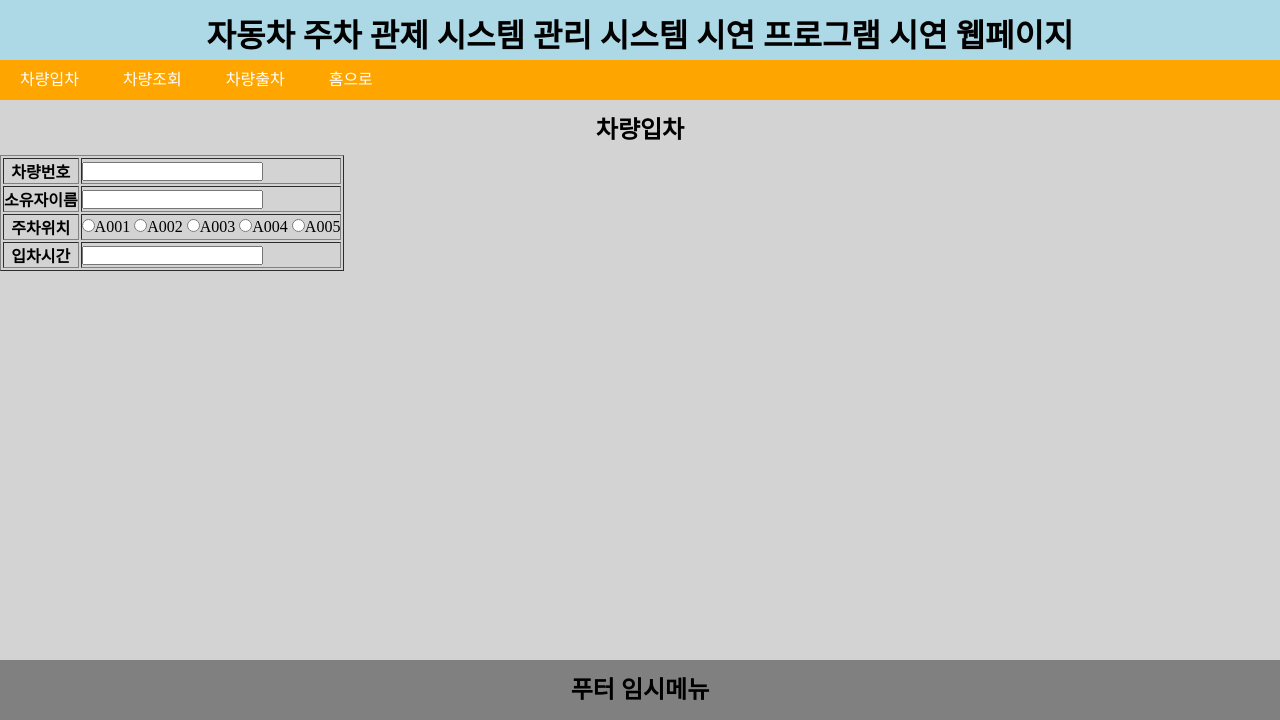
Repository: Ghraminal/mytest
Page: http://localhost/farking/insert.jsp
An editor plug-in stored every save of this project. The page is shown before and after the next save, followed by the edit.
The browser window is 1280 px wide. The pictures show the whole page.
The page is served by Tomcat 9.

Above is the page before, as saved 2025-08-19 00:45:13.

### farking/src/main/webapp/insert.jsp
<%@ page language="java" contentType="text/html; charset=UTF-8"
    pageEncoding="UTF-8"%>
<!DOCTYPE html>
<html>
<head>
<meta charset="UTF-8">
<title>Insert title here</title>
<style>
	*{
		margin: 0;
		padding: 0;
		list-style: none;
		text-decoration: none;
		box-sizing: border-box;
	}
	section{
		width: 100%;
		height: calc(100vh - 160px);
		background-color: lightgray;
	}
	h1{
		justify-content: center;
		text-align: center;
		padding: 10px;
	}
	form{
		justify-content: center;
	}
</style>
</head>
<body>
<jsp:include page="header.jsp"></jsp:include>
<jsp:include page="nav.jsp"></jsp:include>
<section>

<h1>차량입차</h1>

<form action="action.jsp" method="post" name="frm">
	<table border="1">
		<tr>
			<th>차량번호</th>
			<td><input type="text" name="car_number"></td>
		</tr>
		<tr>
			<th>소유자이름</th>
			<td><input type="text" name="owner_name"></td>
		</tr>
		<tr>
			<th>주차위치</th>
			<td>
			<input type="radio" name="location">A001
			<input type="radio" name="location">A002
			<input type="radio" name="location">A003
			<input type="radio" name="location">A004
			<input type="radio" name="location">A005
			</td>
		</tr>
		<tr>
			<th>입차시간</th>
			<td><input type="text" name="entrance_time"></td>
		</tr>
	</table>
</form>

</section>
<jsp:include page="footer.jsp"></jsp:include>
</body>
</html>

### farking/src/main/webapp/header.jsp
<%@ page language="java" contentType="text/html; charset=UTF-8"
    pageEncoding="UTF-8"%>
<!DOCTYPE html>
<html>
<head>
<meta charset="UTF-8">
<title>Insert title here</title>
<style>
	*{
		margin: 0;
		padding: 0;
		list-style: none;
		text-decoration: none;
		box-sizing: border-box;
	}
	header{
		width: 100%;
		height: 60px;
		background-color: lightblue;
	}
	h1{
		justify-content: center;
		text-align: center;
		padding: 10px;
	}
</style>
</head>
<body>
<header>
	<h1>자동차 주차 관제 시스템 관리 시스템 시연 프로그램 시연 웹페이지</h1>
</header>

</body>
</html>

### farking/src/main/webapp/nav.jsp
<%@ page language="java" contentType="text/html; charset=UTF-8"
	pageEncoding="UTF-8"%>
<!DOCTYPE html>
<html>
<head>
<meta charset="UTF-8">
<title>nav</title>
<style>
nav {
	width: 100%;
	height: 40px;
	background-color: orange;
	line-height: 40px;
}

nav a {
	color: white;
	padding: 0 20px;
}
</style>
</head>
<body>
	<nav>
		<a href="insert.jsp">차량입차</a>
		<a href="list">차량조회</a>
		<a href="out.jsp">차량출차</a>
		<a href="index.jsp">홈으로</a>
	</nav>
</body>
</html>

### farking/src/main/webapp/footer.jsp
<%@ page language="java" contentType="text/html; charset=UTF-8"
    pageEncoding="UTF-8"%>
<!DOCTYPE html>
<html>
<head>
<meta charset="UTF-8">
<title>Insert title here</title>
<style>
	*{
		margin: 0;
		padding: 0;
		list-style: none;
		text-decoration: none;
		box-sizing: border-box;
	}
	footer{
		width: 100%;
		height: 60px;
		background-color: gray;
	}
	h2{
		justify-content: center;
		text-align: center;
		padding: 10px;
	}
</style>
</head>
<body>
<footer>
<h2>푸터 임시메뉴</h2>
</footer>

</body>
</html>

After the next save:
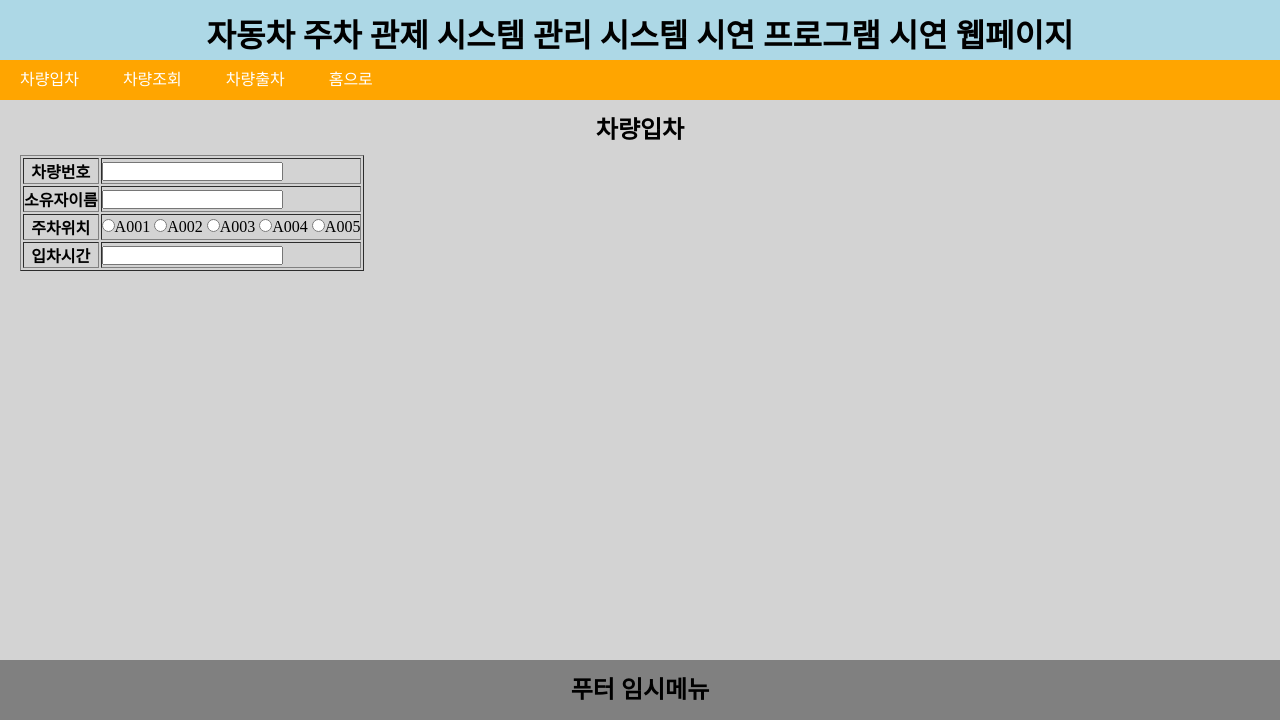
Saved 12 s later.
--- a/farking/src/main/webapp/insert.jsp
+++ b/farking/src/main/webapp/insert.jsp
@@ -25,6 +25,7 @@
 	}
 	form{
 		justify-content: center;
+		padding: 0 20px;
 	}
 </style>
 </head>

After the save that followed:
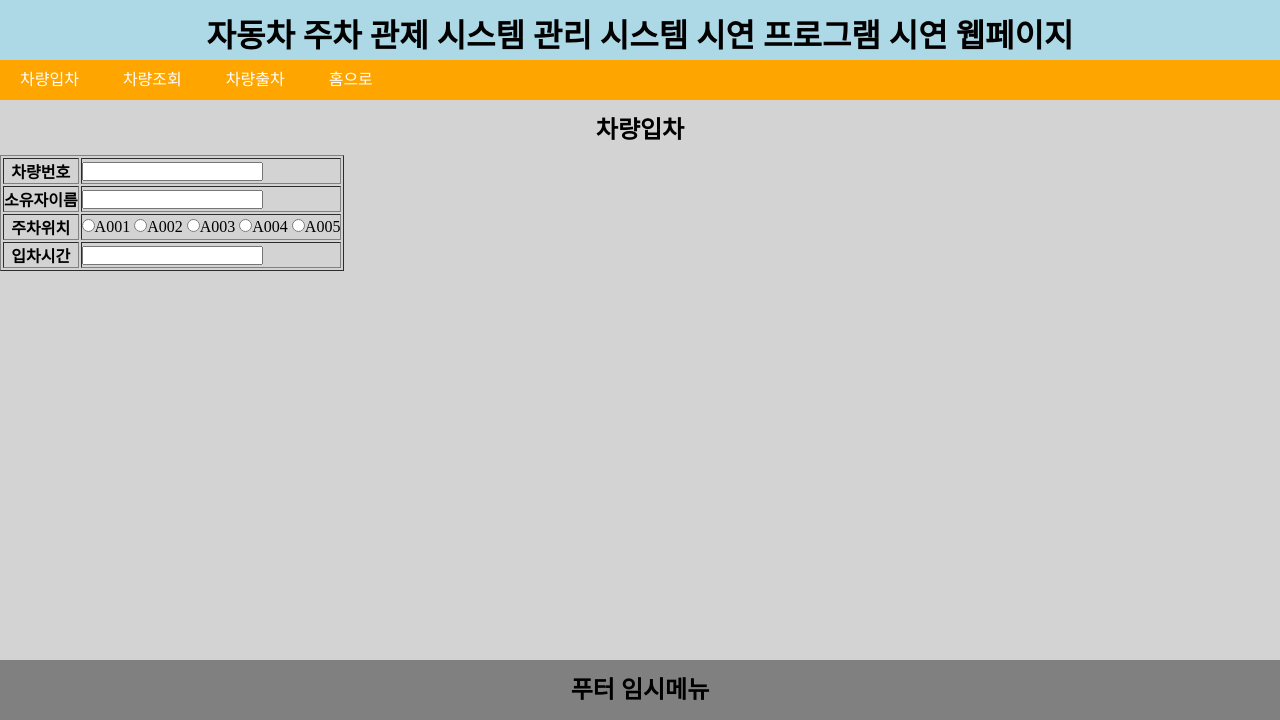
Saved 12 s later.
--- a/farking/src/main/webapp/insert.jsp
+++ b/farking/src/main/webapp/insert.jsp
@@ -25,7 +25,6 @@
 	}
 	form{
 		justify-content: center;
-		padding: 0 20px;
 	}
 </style>
 </head>
